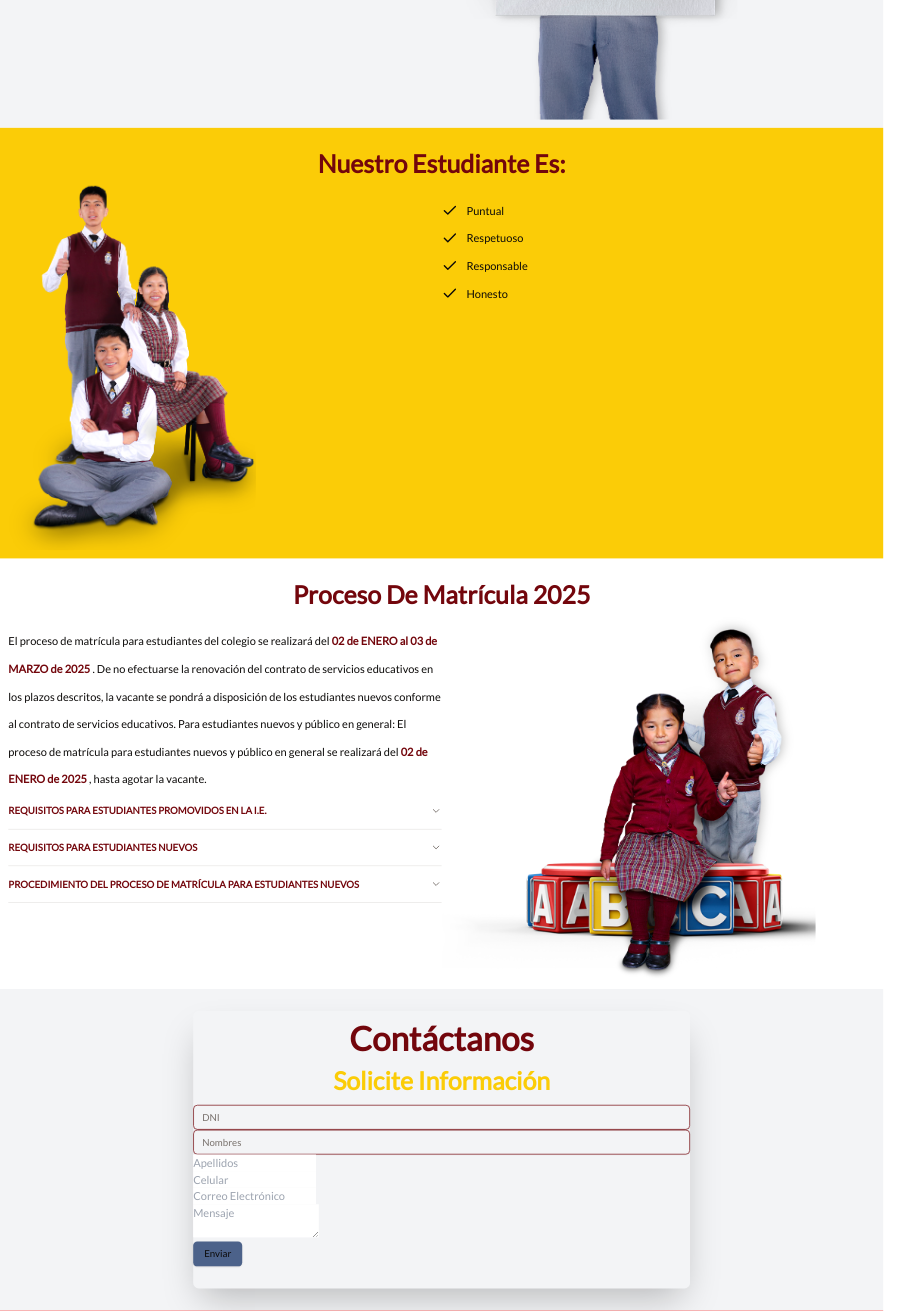
Repository: jefrydep/new_horizont_school
Page: /
An editor plug-in stored every save of this project. The page is shown before and after the next save, followed by the edit.
The browser window is 1280 px wide. The page is 1328 px wide, so the pictures cover 1328 px, including what lies to the right of the window. The pictures show the part of the page from y = 1850 to 3750 px (the page is 4680 px tall before and 4698 px after), at 69% of full size.
Pictures or frames that could not be fetched are drawn as grey boxes. The project was rebuilt for these pictures with package versions that can differ from the ones it lists, and the page was loaded fresh each time. The framework's server and built-in components were replaced by stand-ins that run in the browser. Also part of the build but not shown: next.config.ts.

Above is the page before, as saved 2024-11-28 20:45:56.

After the next save:
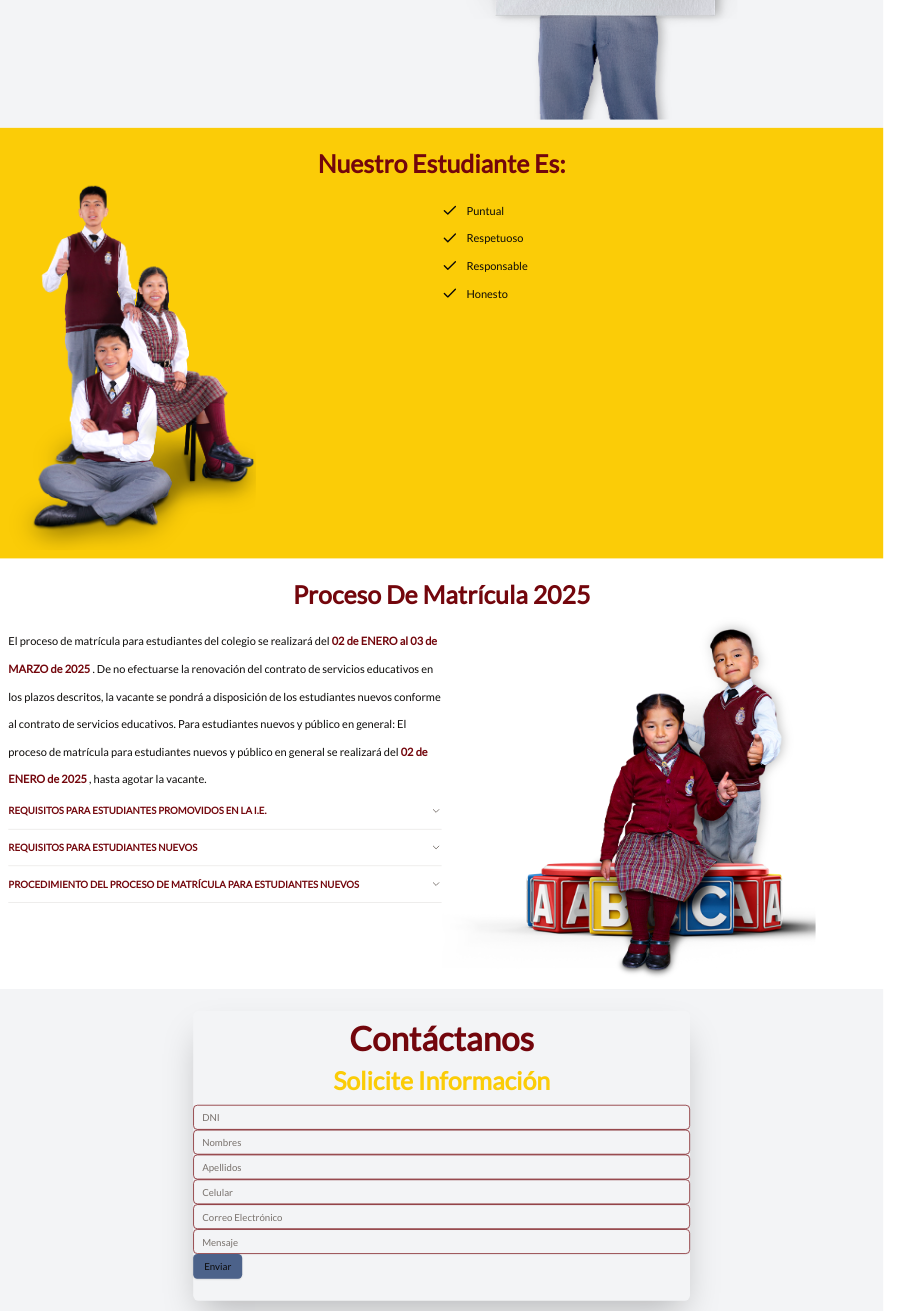
Saved 23 s later.
--- a/src/components/Form.tsx
+++ b/src/components/Form.tsx
@@ -79,6 +79,7 @@ const ContactForm: React.FC = () => {
             </div>
             <div>
               <Field
+              as={Input}
                 name="lastname"
                 placeholder="Apellidos"
                 className="input"
@@ -90,7 +91,7 @@ const ContactForm: React.FC = () => {
               />
             </div>
             <div>
-              <Field name="cellphone" placeholder="Celular" className="input" />
+              <Field as={Input} name="cellphone" placeholder="Celular" className="input" />
               <ErrorMessage
                 name="cellphone"
                 component="div"
@@ -99,6 +100,7 @@ const ContactForm: React.FC = () => {
             </div>
             <div>
               <Field
+              as={Input}
                 name="email"
                 placeholder="Correo Electrónico"
                 className="input"
@@ -111,8 +113,9 @@ const ContactForm: React.FC = () => {
             </div>
             <div>
               <Field
+              as={Input}
                 name="message"
-                as="textarea"
+                // as="textarea"
                 placeholder="Mensaje"
                 className="input"
               />
